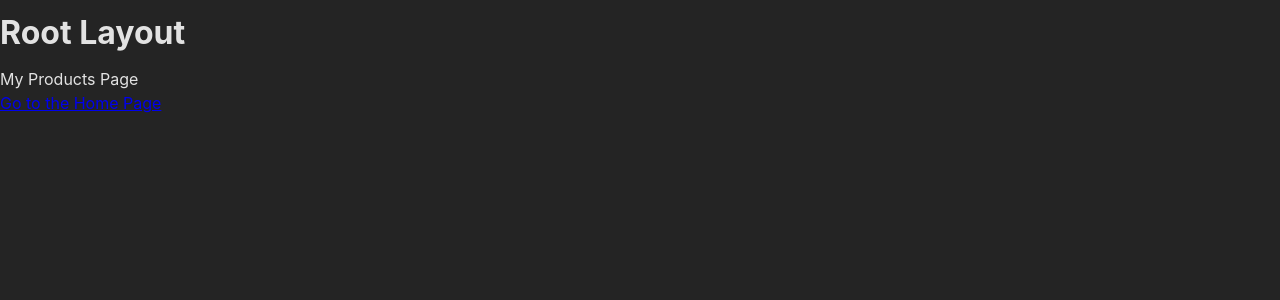
Repository: Dark-Developer93/Section-20-Building-a-Multi-Page-SPA-with-React-Router
Page: /products
An editor plug-in stored every save of this project. The page is shown before and after the next save, followed by the edit.
The browser window is 1280 px wide. The pictures show the whole page.
The project was rebuilt for these pictures with package versions that can differ from the ones it lists, and the page was loaded fresh each time. Also part of the build but not shown: src/pages/Home.js.

Above is the page before, as saved 2023-02-26 17:11:52.

### src/App.js
import { createBrowserRouter, RouterProvider } from "react-router-dom";

import HomePage from "./pages/Home";
import ProductsPage from "./pages/Products";
import RootLayout from "./pages/Root";

const router = createBrowserRouter([
  {
    path: "/",
    element: <RootLayout />,
    children: [
      { path: "/", element: <HomePage /> },
      { path: "/products", element: <ProductsPage /> },
    ],
  },
]);

function App() {
  return <RouterProvider router={router} />;
}

export default App;

### src/pages/Products.js
import { Link } from "react-router-dom";

const ProductsPage = () => {
  return (
    <>
      <div>My Products Page</div>
      <Link to="/">Go to the Home Page</Link>
    </>
  );
};

export default ProductsPage;

### src/pages/Root.js
import { Outlet } from "react-router-dom";

const RootLayout = () => {
  return (
    <>
      <h1>Root Layout</h1>
      <Outlet />
    </>
  );
};

export default RootLayout;

Loaded but not shown: public/index.html (common file); src/index.js (common file); src/index.css (common file)

After the next save:
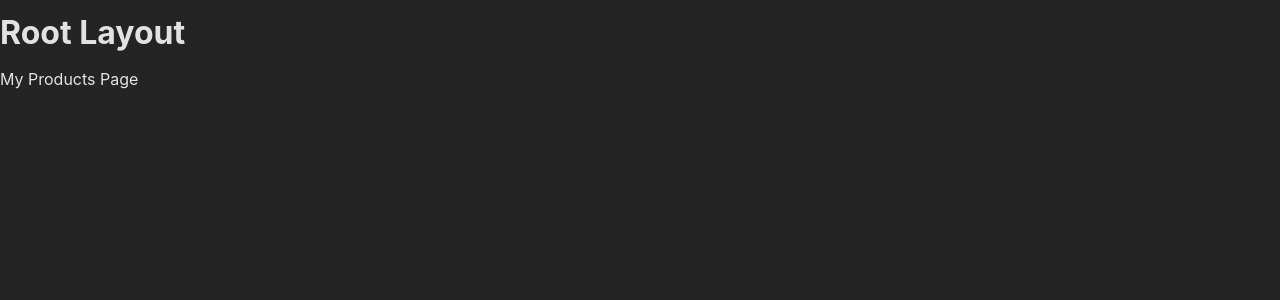
Saved 58 s later.
--- a/src/pages/Products.js
+++ b/src/pages/Products.js
@@ -4,7 +4,6 @@ const ProductsPage = () => {
   return (
     <>
       <div>My Products Page</div>
-      <Link to="/">Go to the Home Page</Link>
     </>
   );
 };
